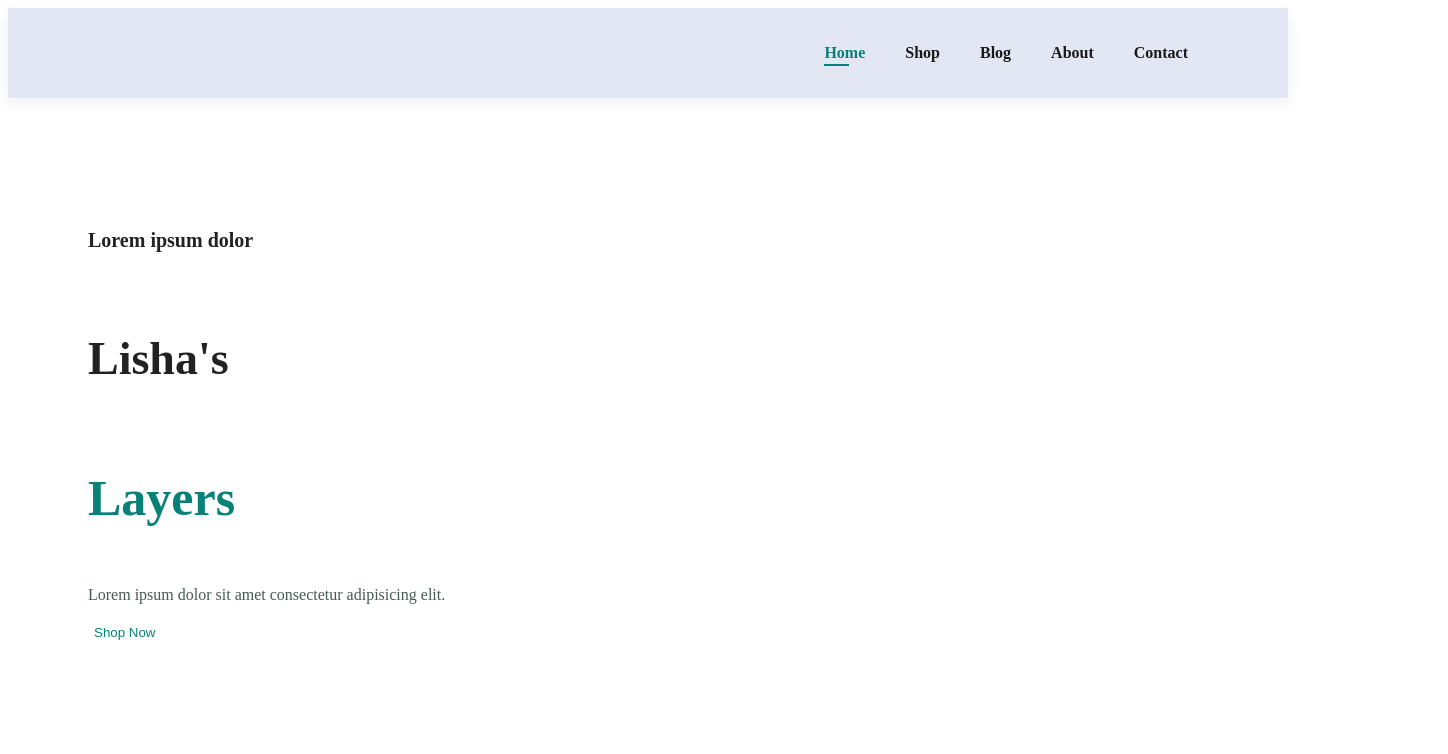
Repository: thecoachanna/lishas-layers
Page: index.html
An editor plug-in stored every save of this project. The page is shown before and after a run of saves, followed by the edit.
The browser window is 1280 px wide. The page is 1448 px wide, so the pictures cover 1448 px, including what lies to the right of the window. The pictures show the whole page.

Above is the page before, as saved 2023-01-05 15:20:40.

### index.html
<!DOCTYPE html>
<html lang="en">
<head>
    <meta charset="UTF-8">
    <meta http-equiv="X-UA-Compatible" content="IE=edge">
    <meta name="viewport" content="width=device-width, initial-scale=1.0">
    <link rel="stylesheet" href="style.css">
    <title>Lisha's Layers</title>
</head>
<body>
    <section id="header">
        <a href="#"><img src="" class="logo" alt=""></a>
    <div>
        <ul id="navbar">
           <li><a class="active" href="index.html">Home</a></li>
           <li><a href="shop.html">Shop</a></li>
           <li><a href="blog.html">Blog</a></li>
           <li><a href="about.html">About</a></li>
           <li><a href="contact.html">Contact</a></li>
        </ul>
    </div>
    </section>

    <section id="hero">
        <h4>Lorem ipsum dolor</h4>
        <h2>Lisha's</h2>
        <h1>Layers</h1>
        <p>Lorem ipsum dolor sit amet consectetur adipisicing elit.</p>
        <button>Shop Now</button>
    </section>
    <script src="script.js"></script>
</body>
</html>

### style.css
@import url('https://fonts.googleapis.com/css2?family=Lato:wght@100&family=Oswald:wght@700&family=Outfit&family=Poiret+One&display=swap')

* {
    margin: 0;
    padding: 0;
    box-sizing: border-box;
    font-family: 'Spartan', sans-serif;
}

h1 {
    font-size: 50px;
    line-height: 64px;
    color: #222;
}

h2 {
    font-size: 46px;
    line-height: 54px;
    color: #222;
}

h4 {
    font-size: 20px;
    color: #222;
}

h6 {
    font-weight: 700px;
    font-size: 12px;
}

p {
    font-size: 16px;
    color: #465b52;
    margin: 15px 0 20px 0;
}

.section-p1 {
    padding: 40px 80px;
}

.section-m1 {
    margin: 40px 0;
}

body {
    width: 100%
}

#header {
    display: flex;
    align-items: center;
    justify-content: space-between;
    padding: 20px 80px;
    background: #e3e6f3;
    box-shadow: 0 5px 15px rgba(0, 0, 0, 0.06);
}

#navbar {
    display: flex;
    align-items: center;
    justify-content: center;
}

#navbar li {
    list-style: none;
    padding: 0 20px;
    position: relative;
}

#navbar li a {
    text-decoration: none;
    font-size: 16px;
    font-weight: 600;
    color: #1a1a1a;
    transition: 0.3s ease;
}

#navbar li a:hover,
#navbar li a.active {
    color: #088178;
}

#navbar li a.active::after,
#navbar li a:hover::after {
    content: "";
    width: 30%;
    height: 2px;
    background: #088178;
    position: absolute;
    bottom: -4px;
    left: 20px;
}

/* Home Page */

#hero {
    background-image: url("");
    height: 90vh;
    width: 100%;
    background-position: top 25% right 0;
    padding: 0 80px;
    display: flex;
    flex-direction: column;
    align-items: flex-start;
    justify-content: center;
}

#hero h4 {
    padding-bottom: 15px;
}

#hero h1 {
    color: #088178;
}

#hero button {
    background-image: url("");
    background-color: transparent;
    color: #088178;
    border: 0;

}

Loaded but not shown: script.js (no stored copy; drawn as an empty file)

After the next 6 saves:
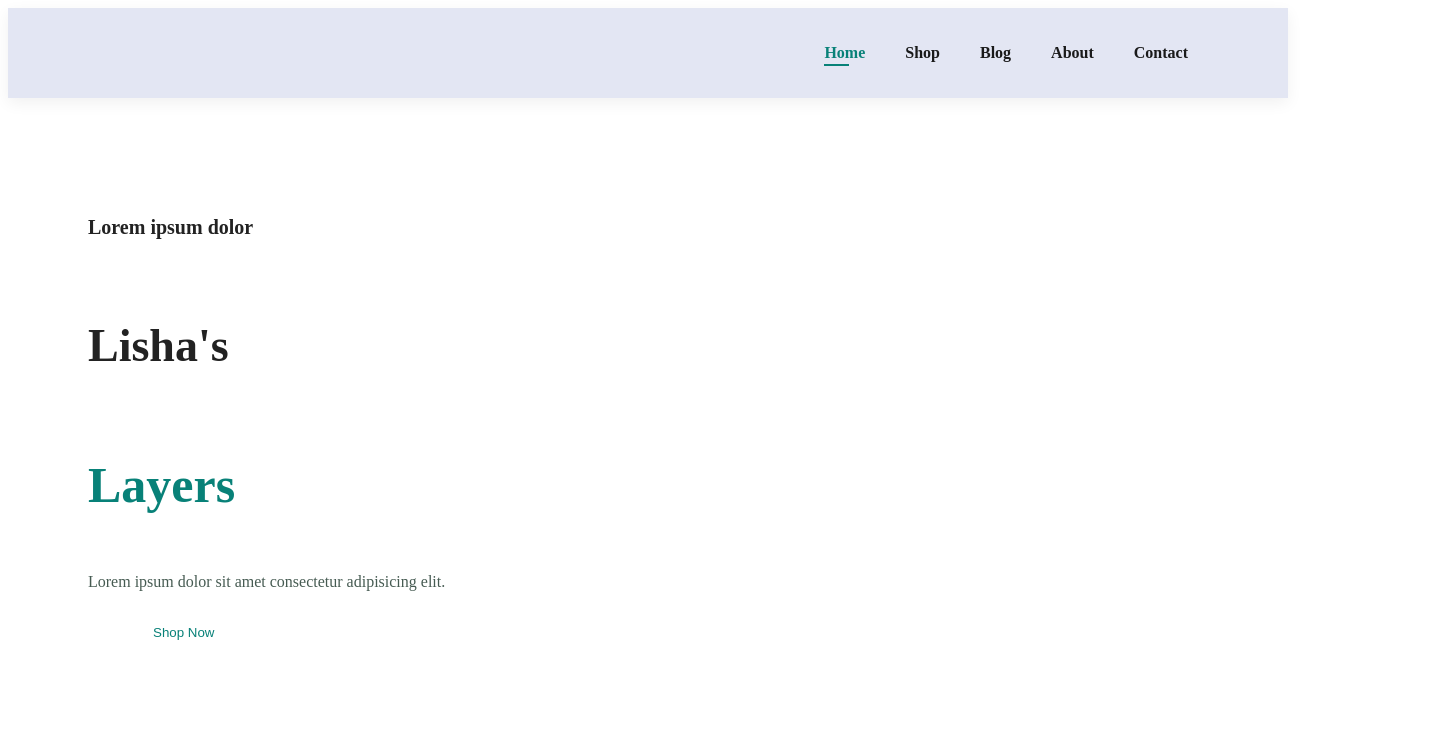
The 6 saves are shown as one change because they came seconds apart.
The last was saved 51 s later.
--- a/style.css
+++ b/style.css
@@ -119,5 +119,5 @@ body {
     background-color: transparent;
     color: #088178;
     border: 0;
-
+    padding: 14px 80px 14px 65px;
 }
